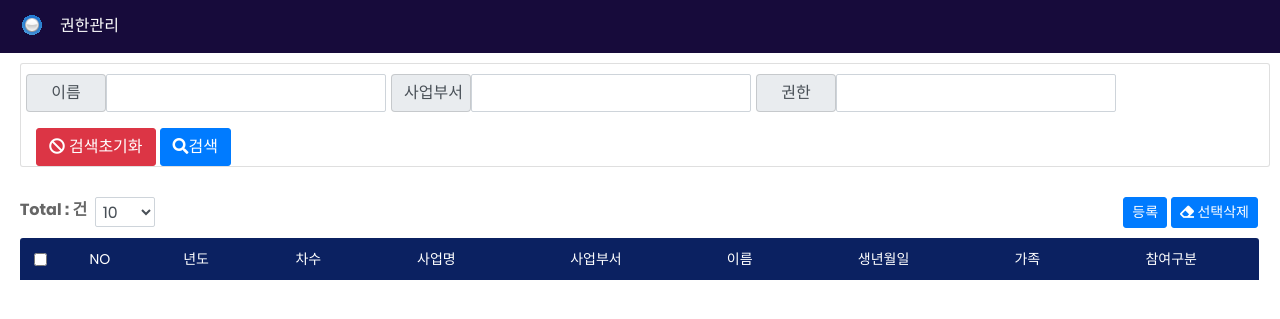
Repository: kimnamgu/GangNamGu
Page: http://localhost/manpower/WEB-INF/jsp/manage/authority.jsp
These files come from the project's save history. The page is drawn as it stood at one moment and after the next save; the edit follows.
The browser window is 1280 px wide. The pictures show the whole page.
The page is served by Tomcat 9. Nobody is signed in. The template is opened directly, without the code that normally fills it, so the values that code supplies are empty.

Above is the page before, as saved 2020-11-04 05:05:20.
Console error: TypeError: Cannot read properties of undefined (reading 'replace')

After the next save:
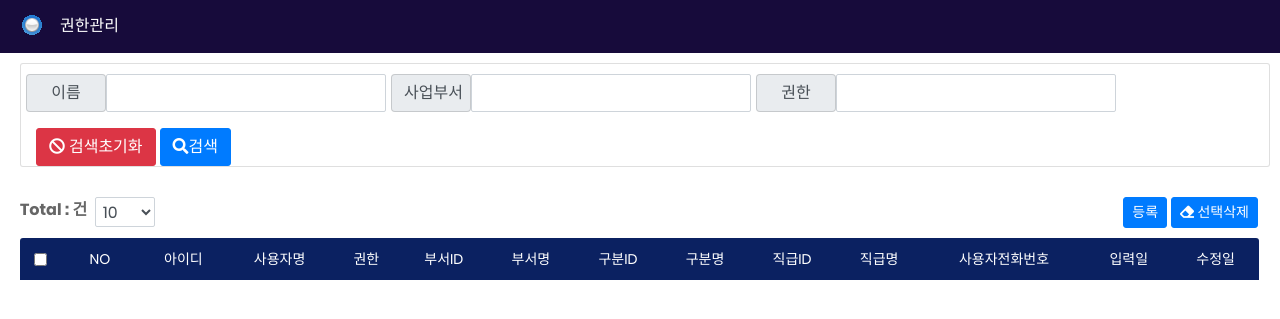
Saved 4 min 57 s later.
--- a/manpower/src/main/webapp/WEB-INF/jsp/manage/authority.jsp
+++ b/manpower/src/main/webapp/WEB-INF/jsp/manage/authority.jsp
@@ -391,14 +391,18 @@
 			        <tr align="center">
 			        		<th style="width: 40px;"><input type="checkbox" name="_selected_all_"></th>
 							<th style="width: 80px;">NO</th>
-							<th>년도</th>
-							<th>차수</th>
-							<th>사업명</th>
-							<th>사업부서</th>
-							<th>이름</th>
-							<th>생년월일</th>
-							<th>가족</th>
-							<th>참여구분</th>
+							<th>아이디</th>
+							<th>사용자명</th>
+							<th>권한</th>
+							<th>부서ID</th>
+							<th>부서명</th>
+							<th>구분ID</th>
+							<th>구분명</th>
+							<th>직급ID</th>
+							<th>직급명</th>
+							<th>사용자전화번호</th>
+							<th>입력일</th>
+							<th>수정일</th>
 						</tr>
 			      </thead>
 			      <tbody id='mytable'>
